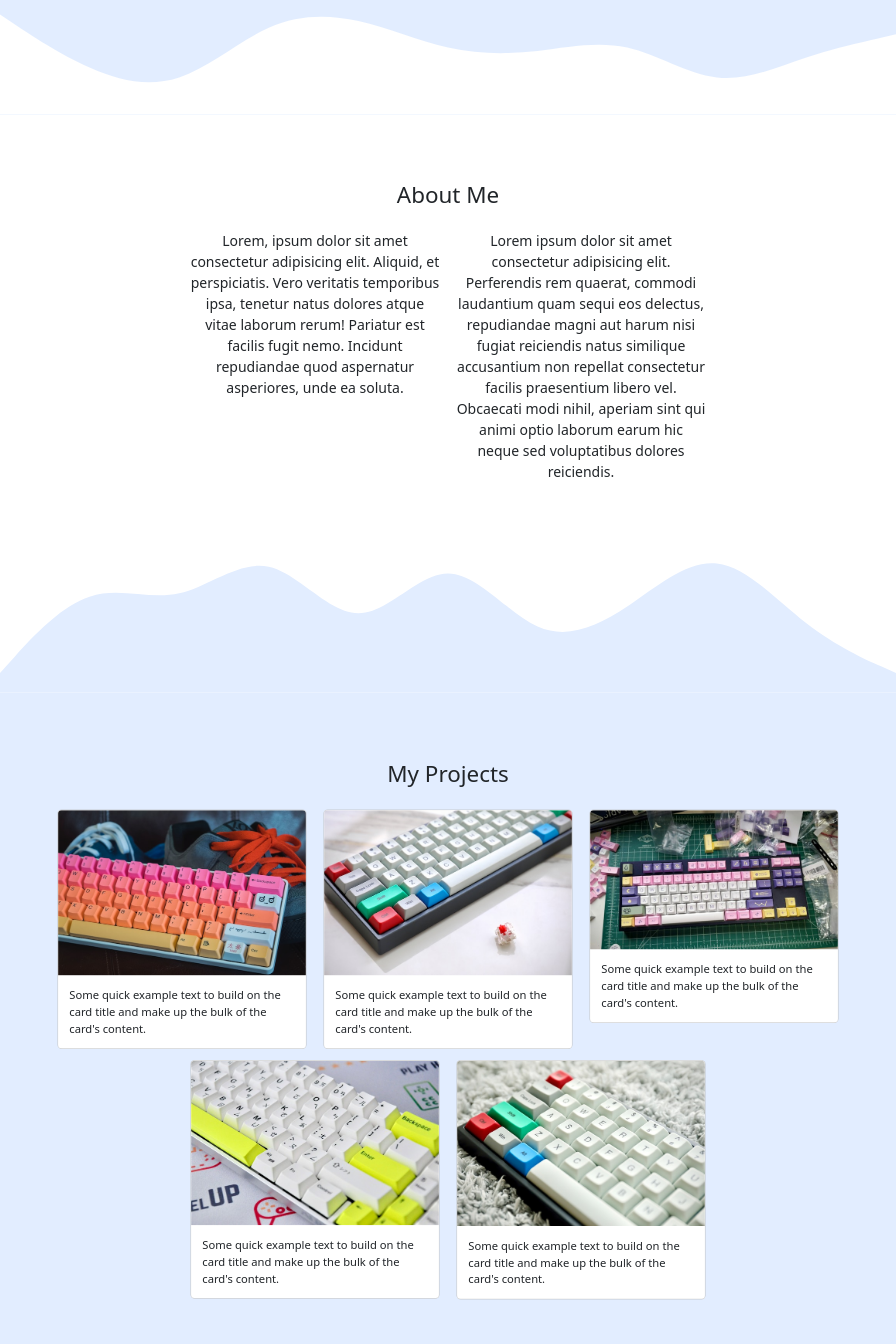
Repository: fadlyyy/fadli-dev.github.io
Page: index.html
The author's editor kept a copy of each file at every save. The page is drawn from the files as they stood at one save, then again after the next save.
The browser window is 1280 px wide. The pictures show the part of the page from y = 588 to 2508 px (the page is 3620 px tall before and 3572 px after), at 70% of full size.

Above is the page before, as saved 2024-01-19 18:22:35.

### index.html
<!DOCTYPE html>
<html lang="en">
  <head>
    <meta charset="utf-8" />
    <meta name="viewport" content="width=device-width, initial-scale=1" />
    <title>Bootstrap demo</title>
    <link href="https://cdn.jsdelivr.net/npm/bootstrap@5.2.3/dist/css/bootstrap.min.css" rel="stylesheet" integrity="sha384-rbsA2VBKQhggwzxH7pPCaAqO46MgnOM80zW1RWuH61DGLwZJEdK2Kadq2F9CUG65" crossorigin="anonymous" />

    <!-- Bootstrap Icons -->
    <link rel="stylesheet" href="https://cdn.jsdelivr.net/npm/bootstrap-icons@1.11.3/font/bootstrap-icons.min.css" />

    <!-- My styles css -->
    <link rel="stylesheet" href="style.css" />
  </head>
  <body id="home">
    <!-- Navbar -->
    <nav class="navbar navbar-expand-lg navbar-dark bg-primary shadow fixed-top">
      <div class="container">
        <a class="navbar-brand fs-3" href="#">Fadli Rifai</a>
        <button class="navbar-toggler" type="button" data-bs-toggle="collapse" data-bs-target="#navbarNav" aria-controls="navbarNav" aria-expanded="false" aria-label="Toggle navigation">
          <span class="navbar-toggler-icon"></span>
        </button>
        <div class="collapse navbar-collapse" id="navbarNav">
          <ul class="navbar-nav ms-auto">
            <li class="nav-item">
              <a class="nav-link active" aria-current="page" href="#home">Home</a>
            </li>
            <li class="nav-item">
              <a class="nav-link" href="#about">About</a>
            </li>
            <li class="nav-item">
              <a class="nav-link" href="#projects">Projects</a>
            </li>
            <li class="nav-item">
              <a class="nav-link" href="#contact">Contact</a>
            </li>
          </ul>
        </div>
      </div>
    </nav>
    <!-- Navbar End -->

    <!-- Jumbotron -->
    <section class="jumbotron text-center">
      <img class="rounded-circle img-thumbnail" src="img/images.jpeg" alt="" width="250" />
      <h1 class="display-4">Fadli Rifai</h1>
      <p class="lead">Fullstack Developer</p>
      <svg xmlns="http://www.w3.org/2000/svg" viewBox="0 0 1440 320">
        <path
          fill="#ffffff"
          fill-opacity="1"
          d="M0,160L24,176C48,192,96,224,144,245.3C192,267,240,277,288,261.3C336,245,384,203,432,181.3C480,160,528,160,576,170.7C624,181,672,203,720,213.3C768,224,816,224,864,218.7C912,213,960,203,1008,213.3C1056,224,1104,256,1152,261.3C1200,267,1248,245,1296,229.3C1344,213,1392,203,1416,197.3L1440,192L1440,320L1416,320C1392,320,1344,320,1296,320C1248,320,1200,320,1152,320C1104,320,1056,320,1008,320C960,320,912,320,864,320C816,320,768,320,720,320C672,320,624,320,576,320C528,320,480,320,432,320C384,320,336,320,288,320C240,320,192,320,144,320C96,320,48,320,24,320L0,320Z"
        ></path>
      </svg>
    </section>
    <!-- Jumbotron End -->

    <!-- About -->
    <section id="about">
      <div class="container">
        <div class="row text-center mb-4">
          <div class="col">
            <h2>About Me</h2>
          </div>
        </div>
        <div class="row justify-content-center fs-5 text-center">
          <div class="col-md-4">
            <p class="">
              Lorem, ipsum dolor sit amet consectetur adipisicing elit. Aliquid, et perspiciatis. Vero veritatis temporibus ipsa, tenetur natus dolores atque vitae laborum rerum! Pariatur est facilis fugit nemo. Incidunt repudiandae quod
              aspernatur asperiores, unde ea soluta.
            </p>
          </div>
          <div class="col-md-4">
            <p>
              Lorem ipsum dolor sit amet consectetur adipisicing elit. Perferendis rem quaerat, commodi laudantium quam sequi eos delectus, repudiandae magni aut harum nisi fugiat reiciendis natus similique accusantium non repellat
              consectetur facilis praesentium libero vel. Obcaecati modi nihil, aperiam sint qui animi optio laborum earum hic neque sed voluptatibus dolores reiciendis.
            </p>
          </div>
        </div>
      </div>
      <svg xmlns="http://www.w3.org/2000/svg" viewBox="0 0 1440 320">
        <path
          fill="#e2edff"
          fill-opacity="1"
          d="M0,288L24,261.3C48,235,96,181,144,165.3C192,149,240,171,288,160C336,149,384,107,432,117.3C480,128,528,192,576,192C624,192,672,128,720,128C768,128,816,192,864,213.3C912,235,960,213,1008,181.3C1056,149,1104,107,1152,112C1200,117,1248,171,1296,208C1344,245,1392,267,1416,277.3L1440,288L1440,320L1416,320C1392,320,1344,320,1296,320C1248,320,1200,320,1152,320C1104,320,1056,320,1008,320C960,320,912,320,864,320C816,320,768,320,720,320C672,320,624,320,576,320C528,320,480,320,432,320C384,320,336,320,288,320C240,320,192,320,144,320C96,320,48,320,24,320L0,320Z"
        ></path>
      </svg>
    </section>
    <!-- About End -->

    <!-- Section Projects -->
    <section id="projects">
      <div class="container">
        <div class="row mb-4">
          <div class="col text-center">
            <h2>My Projects</h2>
          </div>
        </div>
        <div class="row justify-content-center">
          <div class="col-md-4 mb-3 child">
            <div class="card">
              <img src="img/projects/Projects1.jpg" class="card-img-top" alt="..." />
              <div class="card-body">
                <p class="card-text">Some quick example text to build on the card title and make up the bulk of the card's content.</p>
              </div>
            </div>
          </div>
          <div class="col-md-4 mb-3 child">
            <div class="card">
              <img src="img/projects/Projects2.jpg" class="card-img-top" alt="..." />
              <div class="card-body">
                <p class="card-text">Some quick example text to build on the card title and make up the bulk of the card's content.</p>
              </div>
            </div>
          </div>
          <div class="col-md-4 mb-3 child">
            <div class="card">
              <img src="img/projects/Projects3.jpg" class="card-img-top" alt="..." />
              <div class="card-body">
                <p class="card-text">Some quick example text to build on the card title and make up the bulk of the card's content.</p>
              </div>
            </div>
          </div>
          <div class="col-md-4 mb-3 child">
            <div class="card">
              <img src="img/projects/Projects4.jpg" class="card-img-top" alt="..." />
              <div class="card-body">
                <p class="card-text">Some quick example text to build on the card title and make up the bulk of the card's content.</p>
              </div>
            </div>
          </div>
          <div class="col-md-4 mb-3 child">
            <div class="card">
              <img src="img/projects/Projects5.jpg" class="card-img-top" alt="..." />
              <div class="card-body">
                <p class="card-text">Some quick example text to build on the card title and make up the bulk of the card's content.</p>
              </div>
            </div>
          </div>
        </div>
      </div>
      <svg xmlns="http://www.w3.org/2000/svg" viewBox="0 0 1440 320">
        <path
          fill="#fff"
          fill-opacity="1"
          d="M0,192L48,197.3C96,203,192,213,288,192C384,171,480,117,576,128C672,139,768,213,864,229.3C960,245,1056,203,1152,197.3C1248,192,1344,224,1392,240L1440,256L1440,320L1392,320C1344,320,1248,320,1152,320C1056,320,960,320,864,320C768,320,672,320,576,320C480,320,384,320,288,320C192,320,96,320,48,320L0,320Z"
        ></path>
      </svg>
    </section>
    <!-- End Section Projects -->

    <!-- Contact -->
    <section id="contact">
      <div class="container">
        <div class="row text-center mb-3">
          <div class="col">
            <h2>Contact Me</h2>
          </div>
        </div>
        <div class="row justify-content-center">
          <div class="col-md-6">
            <form>
              <div class="mb-3">
                <label for="name" class="form-label">Name</label>
                <input type="text" class="form-control" id="name" aria-describedby="name" />
              </div>
              <div class="mb-3">
                <label for="email" class="form-label">Email Address</label>
                <input type="email" class="form-control" id="email" aria-describedby="email" />
              </div>
              <div class="mb-3">
                <label for="message" class="form-label">Message</label>
                <textarea class="form-control" id="message" rows="3"></textarea>
              </div>
              <button type="submit" class="btn btn-primary">Send Message</button>
            </form>
          </div>
        </div>
      </div>
      <svg xmlns="http://www.w3.org/2000/svg" viewBox="0 0 1440 320">
        <path
          fill="#0d6efd"
          fill-opacity="1"
          d="M0,96L30,117.3C60,139,120,181,180,218.7C240,256,300,288,360,288C420,288,480,256,540,240C600,224,660,224,720,229.3C780,235,840,245,900,224C960,203,1020,149,1080,144C1140,139,1200,181,1260,176C1320,171,1380,117,1410,90.7L1440,64L1440,320L1410,320C1380,320,1320,320,1260,320C1200,320,1140,320,1080,320C1020,320,960,320,900,320C840,320,780,320,720,320C660,320,600,320,540,320C480,320,420,320,360,320C300,320,240,320,180,320C120,320,60,320,30,320L0,320Z"
        ></path>
      </svg>
    </section>
    <!-- End Contact -->

    <!-- Footer -->
    <footer class="bg-primary text-center pb-5">
      <p class="text-white">Created with <i class="bi bi-heart-pulse-fill text-danger"></i> by <a href="#" class="fw-bold text-white fst-italic">Fadli Rifai</a></p>
    </footer>
    <!-- Footer End -->

    <script src="https://cdn.jsdelivr.net/npm/bootstrap@5.2.3/dist/js/bootstrap.bundle.min.js" integrity="sha384-kenU1KFdBIe4zVF0s0G1M5b4hcpxyD9F7jL+jjXkk+Q2h455rYXK/7HAuoJl+0I4" crossorigin="anonymous"></script>
  </body>
</html>

### style.css
.jumbotron {
  padding-top: 6rem;
  background-color: #e2edff;
}

#projects {
  background-color: #e2edff;
}

#projects .child {
  transition: all 0.2s ease-in-out;
  /* box-shadow: 2px 10px 5px rgba(0, 0, 0, 0.2); */
}

#projects .child:hover {
  scale: 1.04;
}

section {
  padding-top: 6rem;
}

After the next save:
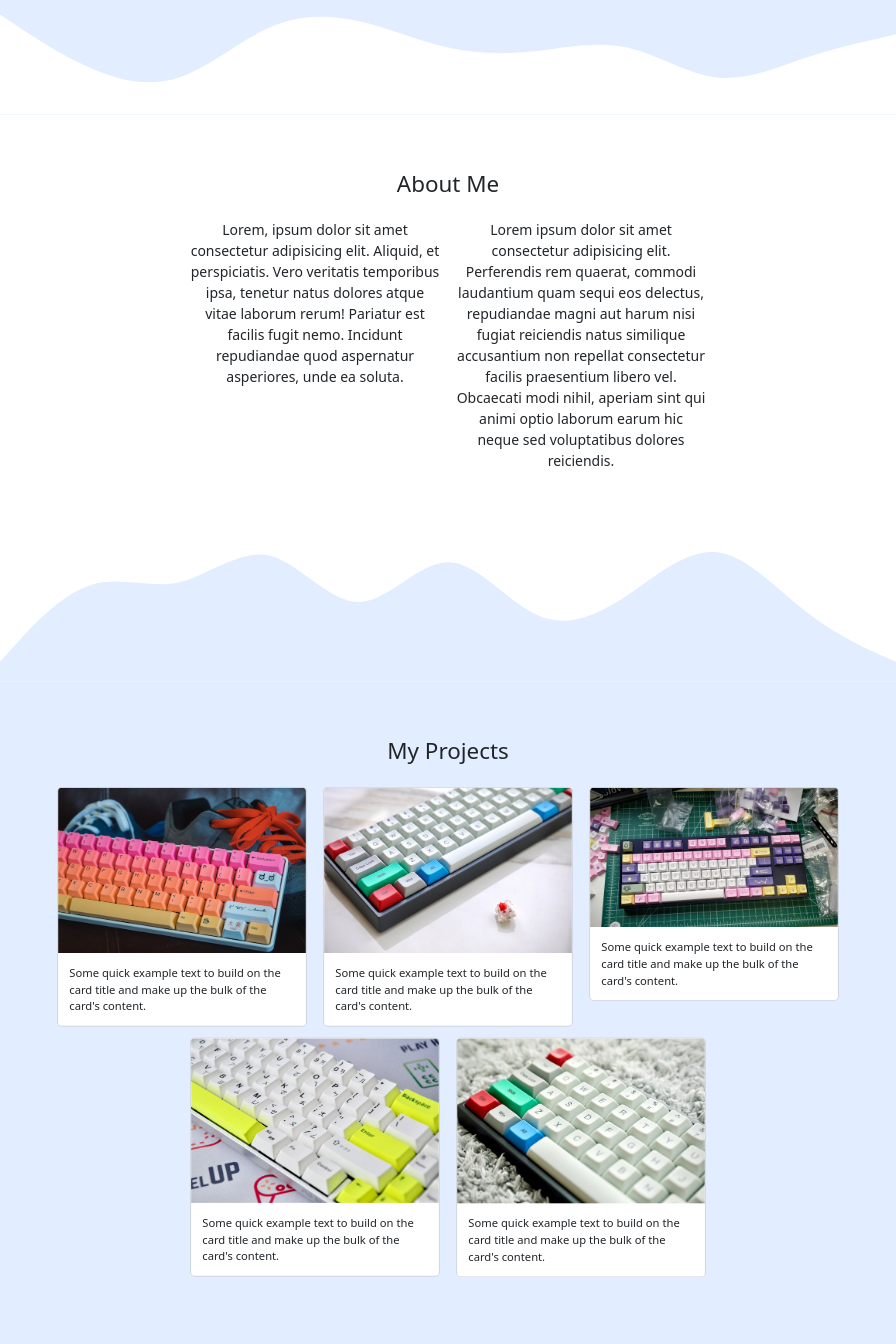
Saved 10 s later.
--- a/style.css
+++ b/style.css
@@ -17,5 +17,5 @@
 }
 
 section {
-  padding-top: 6rem;
+  padding-top: 5rem;
 }
